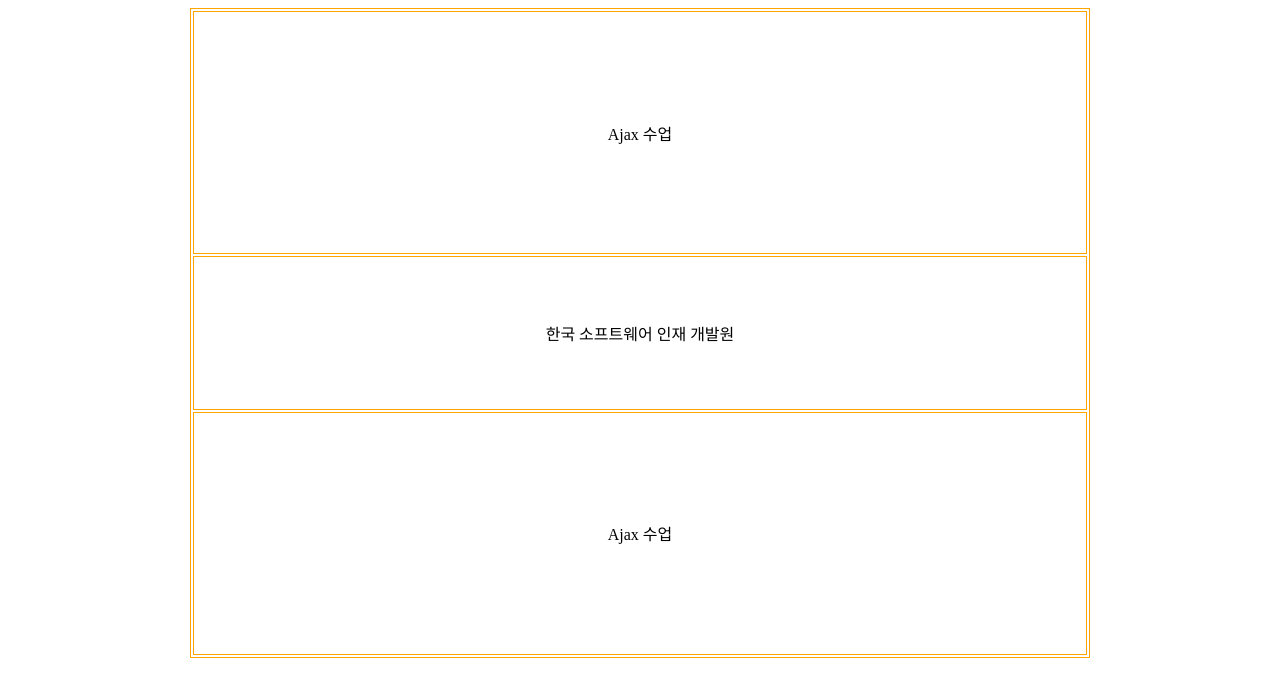
Repository: rightsecond3/java52
Page: workspace_script/dev_html/WebContent/ajax/index_ajax.html
The author's editor kept a copy of each file at every save. The page is drawn from the files as they stood at one save, then again after the next save.
The browser window is 1280 px wide. The pictures show the whole page.

Above is the page before, as saved 2019-07-04 03:50:55.

After the next save:
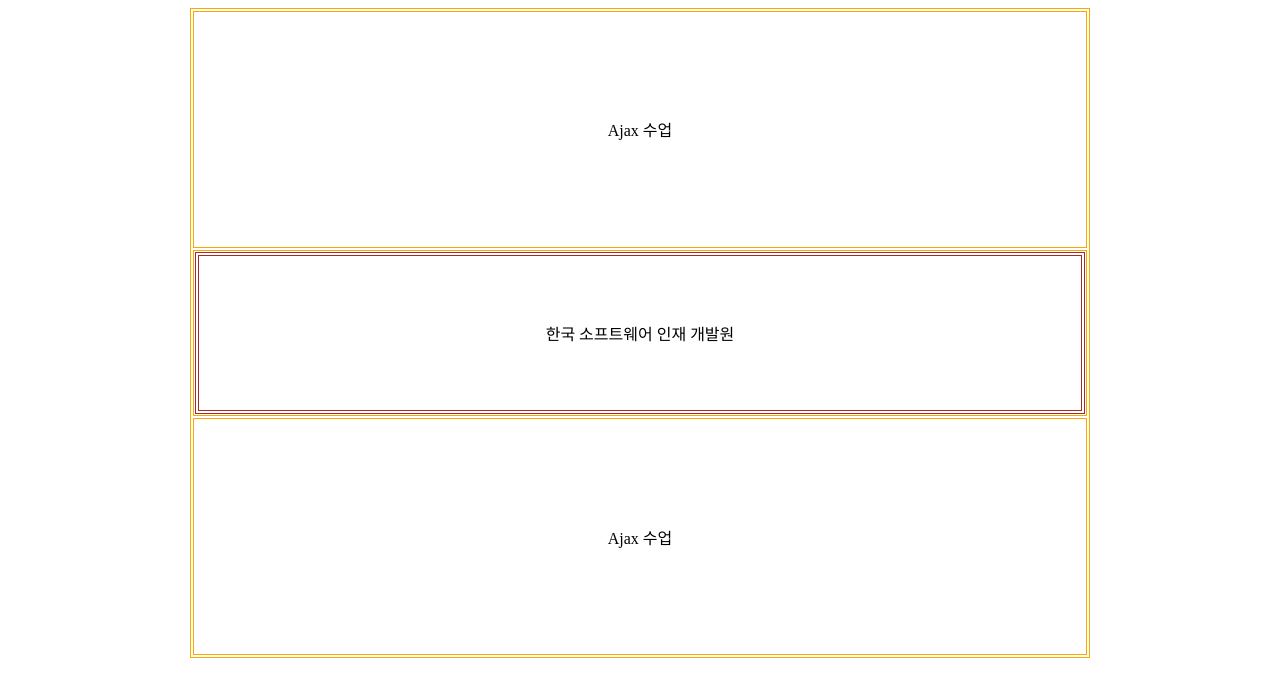
Saved 26 s later.
--- a/workspace_script/dev_html/WebContent/ajax/index_ajax.html
+++ b/workspace_script/dev_html/WebContent/ajax/index_ajax.html
@@ -23,8 +23,8 @@
 
             <!-- body.html 시작 -->
             <tr>
-                <td width="900px" height="30px" border="1" borderColor="brown">
-                    <table width="100%" height="100%">
+                <td width="900px" height="30px" >
+                    <table width="100%" height="100%" border="1" borderColor="brown">
                         <tr>
                             <td align="center">한국 소프트웨어 인재 개발원</td>
                         </tr>
